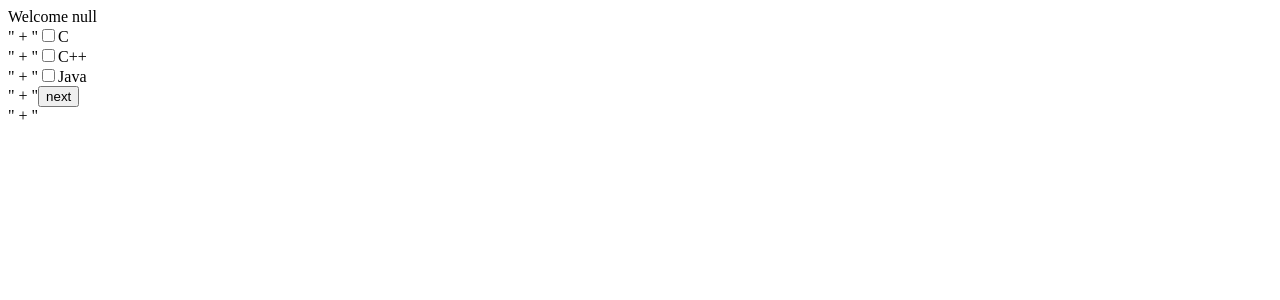
Repository: PriyankaS07/CoreJava
Page: http://localhost/ShoppingJsp/welcome.jsp
These files come from the project's save history. The page is drawn as it stood at one moment and after the next save; the edit follows.
The browser window is 1280 px wide. The pictures show the whole page.
The page is served by Tomcat 9.

Above is the page before, as saved 2017-08-23 11:37:33.

After the next save:
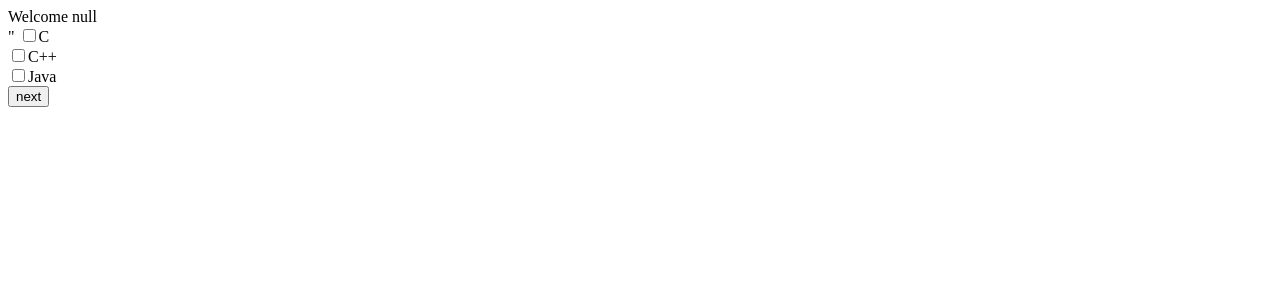
Saved 81 s later.
--- a/ShoppingJsp/WebContent/welcome.jsp
+++ b/ShoppingJsp/WebContent/welcome.jsp
@@ -9,10 +9,10 @@
 </head>
 <body>
 <form action=" " method="post">"
-				+ "<input type="checkbox" name= "book" value="C">C<br>"
-				+ "<input type="checkbox" name="book" value="C++">C++<br>"
-				+ "<input type="checkbox" name="book"  value="Java">Java<br>"
-				+ "<input type="submit" name="next" value="next"><br>"
-				+ "</form>
+<input type="checkbox" name= "book" value="C">C<br>
+<input type="checkbox" name="book" value="C++">C++<br>
+<input type="checkbox" name="book"  value="Java">Java<br>
+<input type="submit" name="next" value="next"><br>
+</form>
 </body>
 </html>
